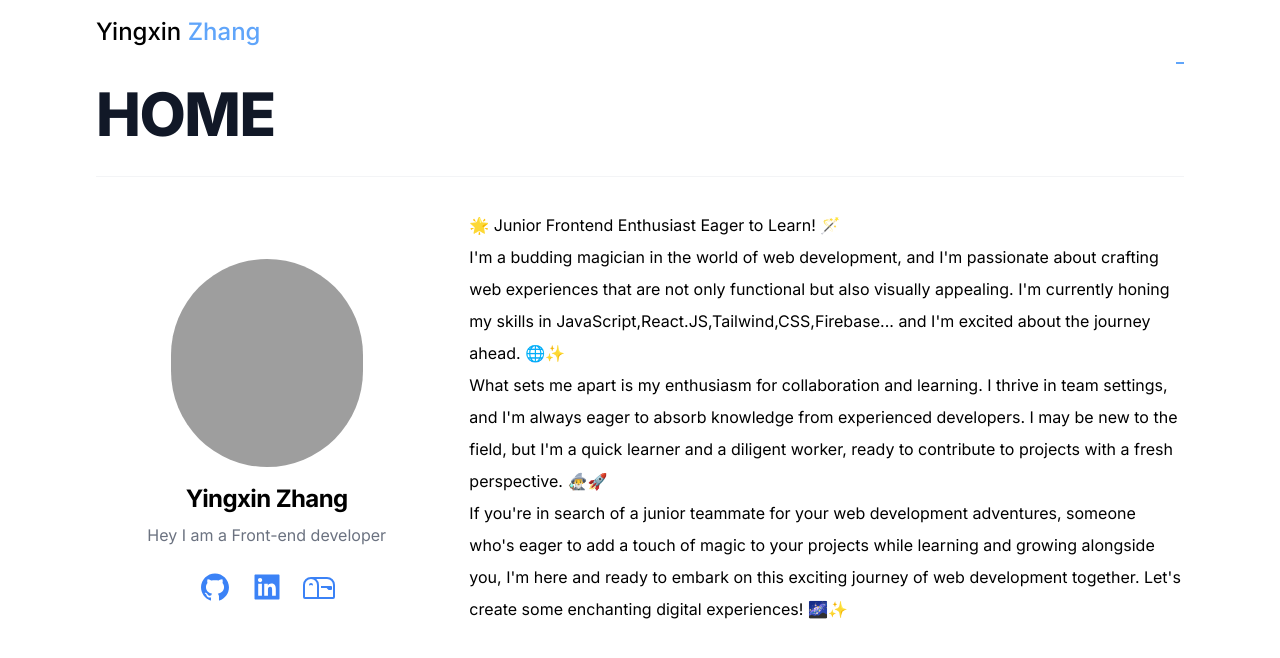
Repository: Tracy-maker/projects_collection
Page: /
The author's editor kept a copy of each file at every save. The page is drawn from the files as they stood at one save, then again after the next save.
The browser window is 1280 px wide. The pictures show the whole page.
Pictures or frames that could not be fetched are drawn as grey boxes. The project was rebuilt for these pictures with package versions that can differ from the ones it lists, and the page was loaded fresh each time. The framework's server and built-in components were replaced by stand-ins that run in the browser. Also part of the build but not shown: next.config.js.

Above is the page before, as saved 2023-10-26 15:37:09.

After the next save:
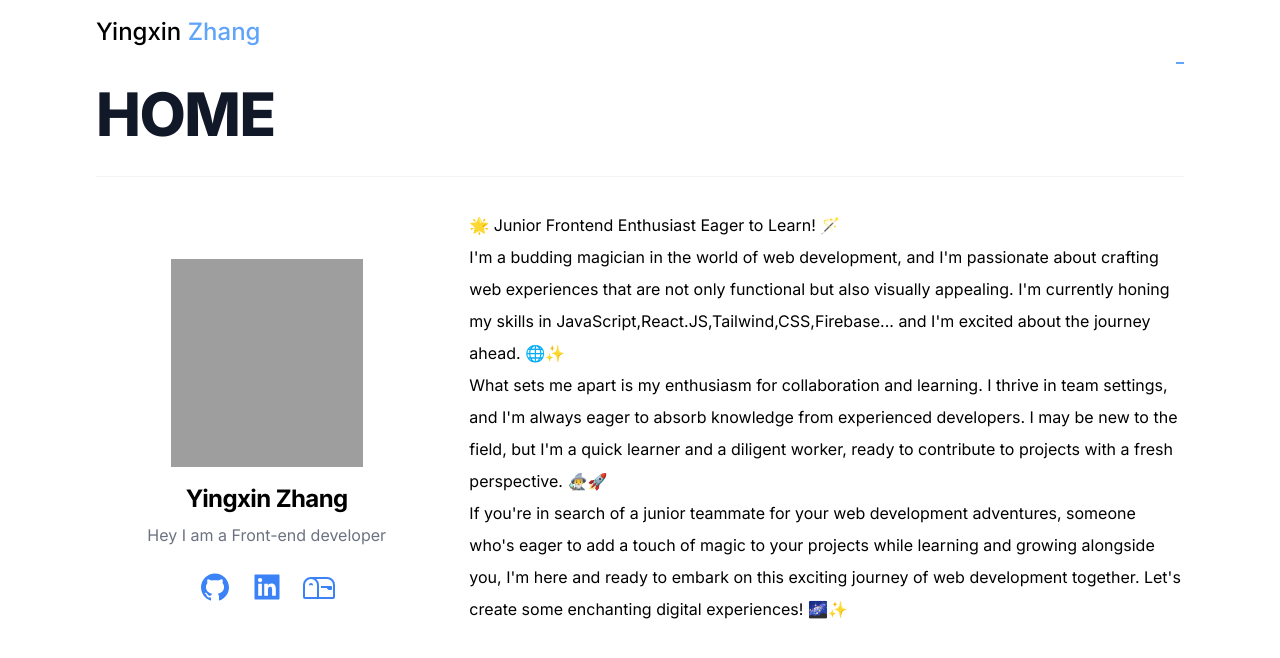
Saved 14 s later.
--- a/app/page.tsx
+++ b/app/page.tsx
@@ -16,7 +16,7 @@ export default function Home() {
             src="https://i.ibb.co/MRHHtS5/Wechat-IMG7.jpg"
             width={900}
             height={900}
-            className="h-52 w-48 rounded-full object-cover object-top"
+            className="h-52 w-48  object-cover object-top"
           />
           <h3 className="pt-4 pb-2 text-2xl font-bold leading-8 tracking-tight">
             Yingxin Zhang
